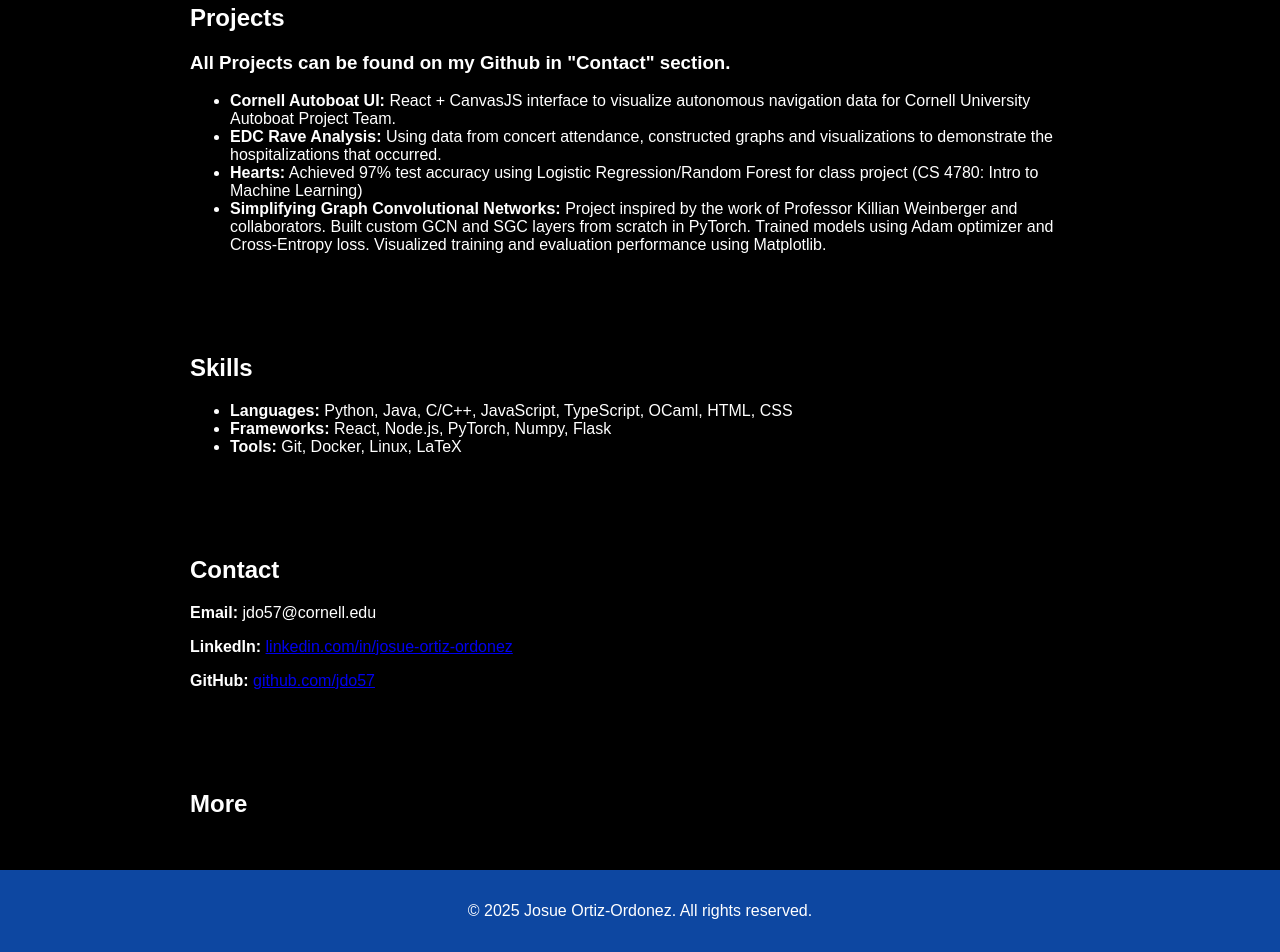
Repository: jdo57/Website
Page: index.html
These files come from the project's save history. The page is drawn as it stood at one moment and after a run of saves; the edit follows.
The browser window is 1280 px wide. The pictures show the part of the page from y = 1309 to 2261 px (the page is 2261 px tall).
A picture or video elsewhere on the page could not be fetched, so the positions and the page height are approximate.

Above is the page before, as saved 2025-05-26 21:48:41.

### index.html
<!DOCTYPE html>
<html lang="en">
<head>
  <meta charset="UTF-8" />
  <meta name="viewport" content="width=device-width, initial-scale=1.0" />
  <title>Josue Ortiz-Ordonez | Portfolio</title>
  <style>
    :root {
      --primary-color: #0d47a1;
      --background-color: #000000;
      --text-color: #ffffff;
      --accent-color: #1976d2;
    }

    body {
      margin: 0;
      font-family: Arial, sans-serif;
      background-color: var(--background-color);
      color: var(--text-color);
    }

    header {
      background-color: var(--primary-color);
      padding: 2rem;
      text-align: center;
    }

    header h1 {
      margin: 0;
      font-size: 2.5rem;
    }

    nav {
      display: flex;
      justify-content: center;
      background-color: var(--accent-color);
      padding: 0.5rem;
    }

    nav a {
      margin: 0 1rem;
      color: white;
      text-decoration: none;
      font-weight: bold;
    }

    nav a:hover {
      text-decoration: underline;
    }

    section {
      padding: 2rem;
      max-width: 900px;
      margin: auto;
    }

    footer {
      background-color: var(--primary-color);
      color: white;
      text-align: center;
      padding: 1rem;
      position: relative;
    }

  </style>
</head>
<body>
  <header>
    <h1>Josue Ortiz-Ordonez</h1>
    <p>Software/Machine Learning Engineer</p>
  </header>

  <nav>
    <a href="#about">About</a>
    <a href="#projects">Projects</a>
    <a href="#skills">Skills</a>
    <a href="#contact">Contact</a>
    <a href="#more">More</a>
  </nav>

  <section id="about" style="display: flex; flex-wrap: wrap; gap: 2rem; align-items: center; justify-content: center; padding: 3rem 1rem; background-color: #000;">
    <!-- Profile Image + Icons -->
    <div style="text-align: center;">
      <img src="./images/me.jpeg" alt="Josue Ortiz-Ordonez" style="width: 200px; border-radius: 50%; border: 3px solid #1976d2;" />
      <div style="margin-top: 1rem;">
        <a href="mailto:jdo57@cornell.edu" target="_blank" style="margin: 0 10px;">
          <img src="https://img.icons8.com/ios-filled/30/ffffff/new-post.png" alt="Email"/>
        </a>
        <a href="https://www.linkedin.com/in/josue-ortiz-ordonez" target="_blank" style="margin: 0 10px;">
          <img src="https://img.icons8.com/ios-filled/30/ffffff/linkedin.png" alt="LinkedIn"/>
        </a>
        <a href="https://github.com/jdo57" target="_blank" style="margin: 0 10px;">
          <img src="https://img.icons8.com/ios-filled/30/ffffff/github.png" alt="GitHub"/>
        </a>
      </div>
    </div>

    <!-- About Text -->
    <div style="max-width: 500px;">
      <h2>About Me</h2>
      <p>
        My name is Josue Ortiz-Ordonez and I am currently a student at Cornell University within
        the College of Engineering. I am a computer science major with potential minors in operations
        research in engineering (ORIE) and Latino Studies!
      </p>
    </div>
  </section>


  <section id="projects">
    <h2>Projects</h2>
    <h3> All Projects can be found on my Github in "Contact" section. </h3>
    <ul>
      <li><strong>Cornell Autoboat UI:</strong> React + CanvasJS interface to visualize autonomous navigation data for Cornell University Autoboat Project Team.</li>
      <li><strong>EDC Rave Analysis:</strong>  Using data from concert attendance, constructed graphs and visualizations to demonstrate the hospitalizations that occurred.</li>
      <li><strong>Hearts:</strong> Achieved 97% test accuracy using Logistic Regression/Random Forest for
      class project (CS 4780: Intro to Machine Learning)</li>
      <li> <strong> Simplifying Graph Convolutional Networks:</strong>
        Project inspired by the work of Professor Killian Weinberger and collaborators.
        Built custom GCN and SGC layers from scratch in PyTorch. Trained models using Adam optimizer and Cross-Entropy loss.
        Visualized training and evaluation performance using Matplotlib.
      </li>

    </ul>
  </section>

  <section id="skills">
    <h2>Skills</h2>
    <ul>
      <li><strong> Languages:</strong> Python, Java, C/C++, JavaScript, TypeScript, OCaml, HTML, CSS </li>
      <li><strong>Frameworks:</strong> React, Node.js, PyTorch, Numpy, Flask</li>
      <li><strong>Tools:</strong> Git, Docker, Linux, LaTeX</li>
    </ul>
  </section>

  <section id="contact">
    <h2>Contact</h2>
    <p><strong> Email:</strong> jdo57@cornell.edu</p>
    <p><strong> LinkedIn:</strong> <a href="https://www.linkedin.com/in/josue-ortiz-ordonez/" target="_blank">linkedin.com/in/josue-ortiz-ordonez</a></p>
    <p><strong>GitHub:</strong> <a href="https://github.com/jdo57" target="_blank">github.com/jdo57</a></p>
  </section>

  <section id ="more">
    <h2> More</h2>


  </section>

  <footer>
    <p>&copy; 2025 Josue Ortiz-Ordonez. All rights reserved.</p>
  </footer>
</body>
</html>

After the next 2 saves:
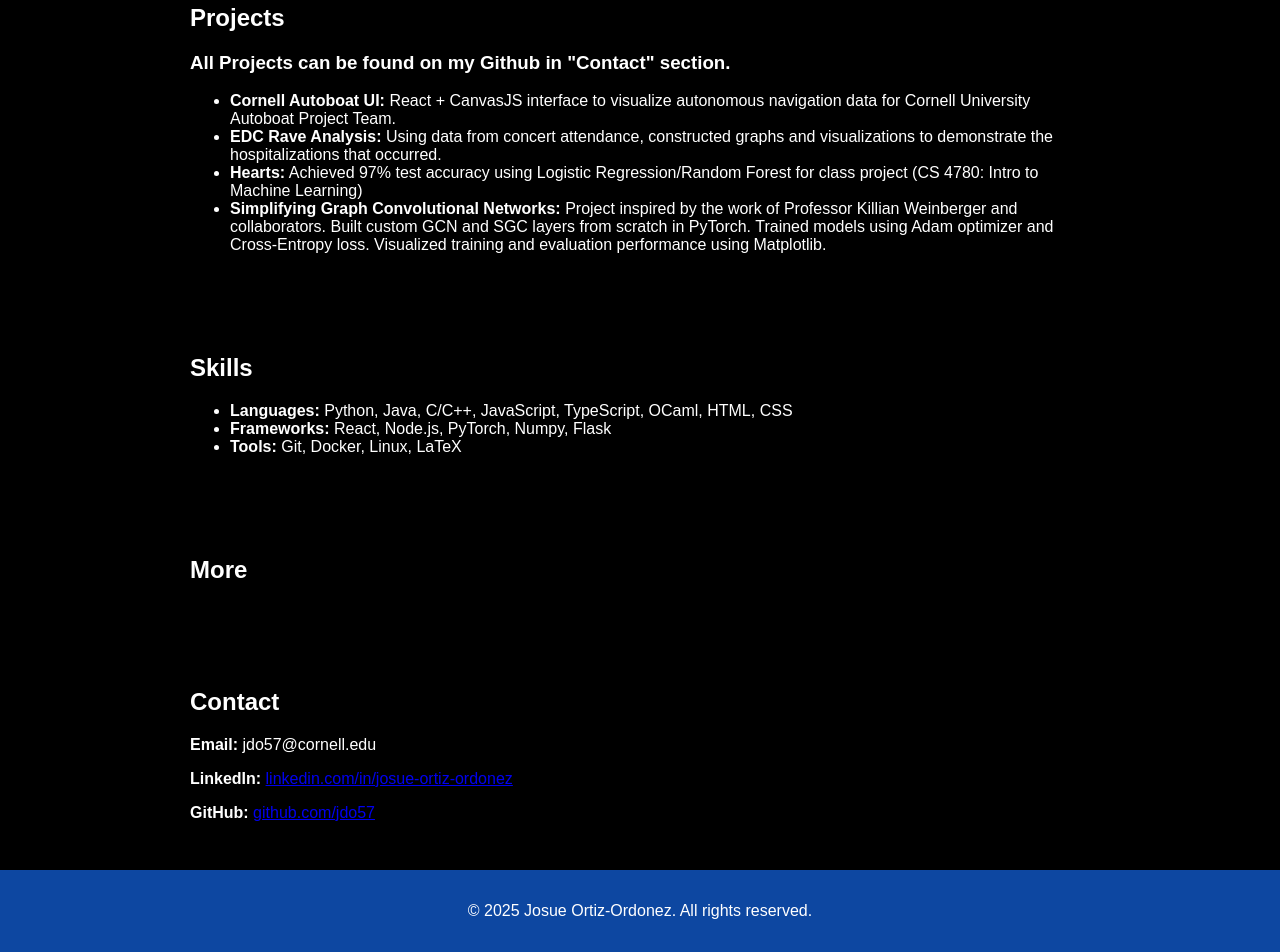
The 2 saves are shown as one change because they came seconds apart.
The last was saved 11 s later.
--- a/index.html
+++ b/index.html
@@ -133,6 +133,12 @@
     </ul>
   </section>
 
+  <section id ="more">
+    <h2> More</h2>
+
+
+  </section>
+
   <section id="contact">
     <h2>Contact</h2>
     <p><strong> Email:</strong> jdo57@cornell.edu</p>
@@ -140,11 +146,6 @@
     <p><strong>GitHub:</strong> <a href="https://github.com/jdo57" target="_blank">github.com/jdo57</a></p>
   </section>
 
-  <section id ="more">
-    <h2> More</h2>
-
-
-  </section>
 
   <footer>
     <p>&copy; 2025 Josue Ortiz-Ordonez. All rights reserved.</p>
